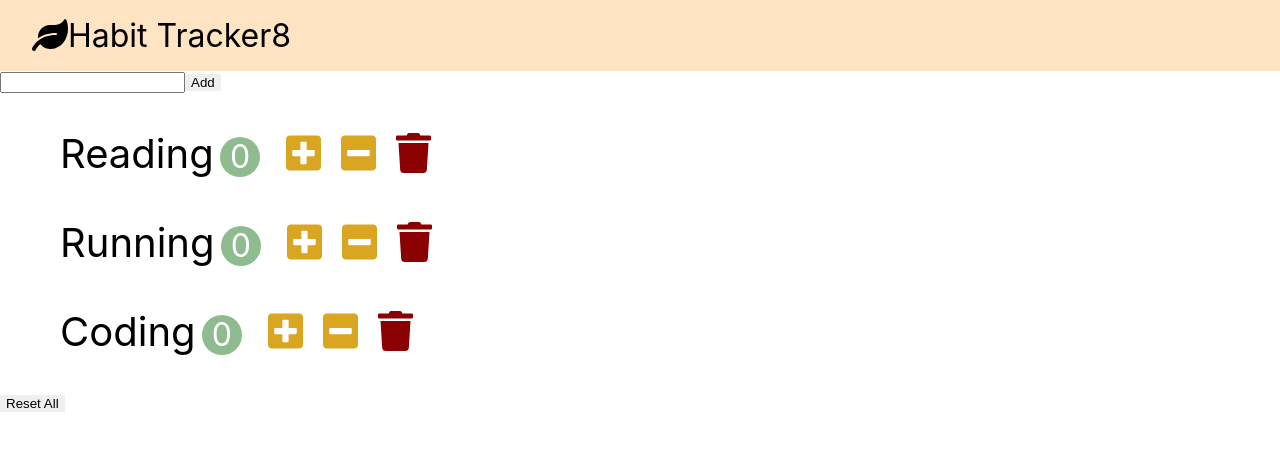
Repository: keehoonjung/react-habit-tracker
Page: / (app in react/habit-tracker/)
The author's editor kept a copy of each file at every save. The page is drawn from the files as they stood at one save, then again after the next save.
The browser window is 1280 px wide. The pictures show the whole page.
The project was rebuilt for these pictures with package versions that can differ from the ones it lists, and the page was loaded fresh each time.

Above is the page before, as saved 2021-08-30 18:30:15.

After the next save:
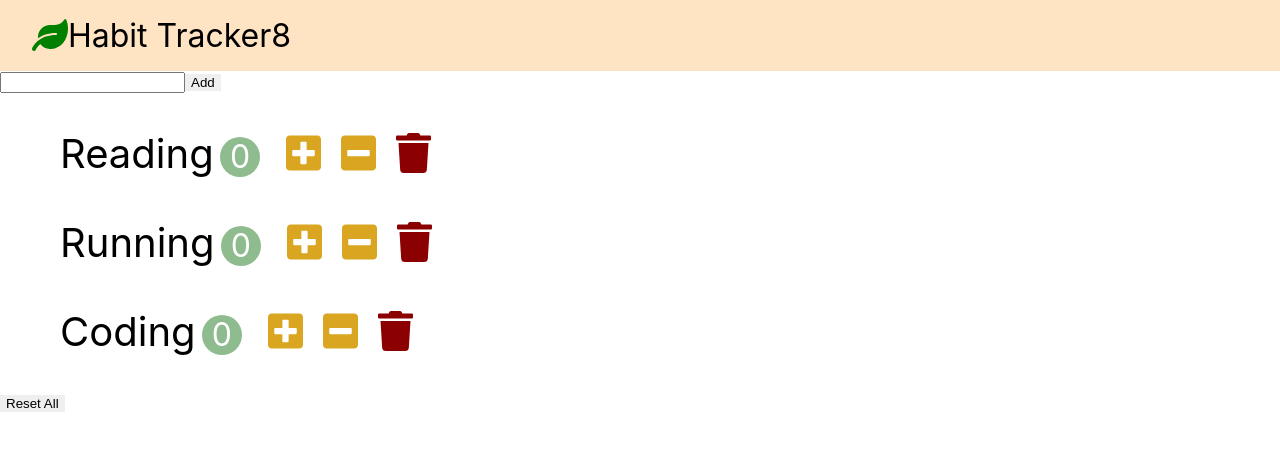
Saved 29 s later.
--- a/react/habit-tracker/src/app.css
+++ b/react/habit-tracker/src/app.css
@@ -10,7 +10,7 @@ button {
   padding: 1rem 2rem;
 }
 
-.header i {
+.fa-leaf {
   color: green;
 }
 
